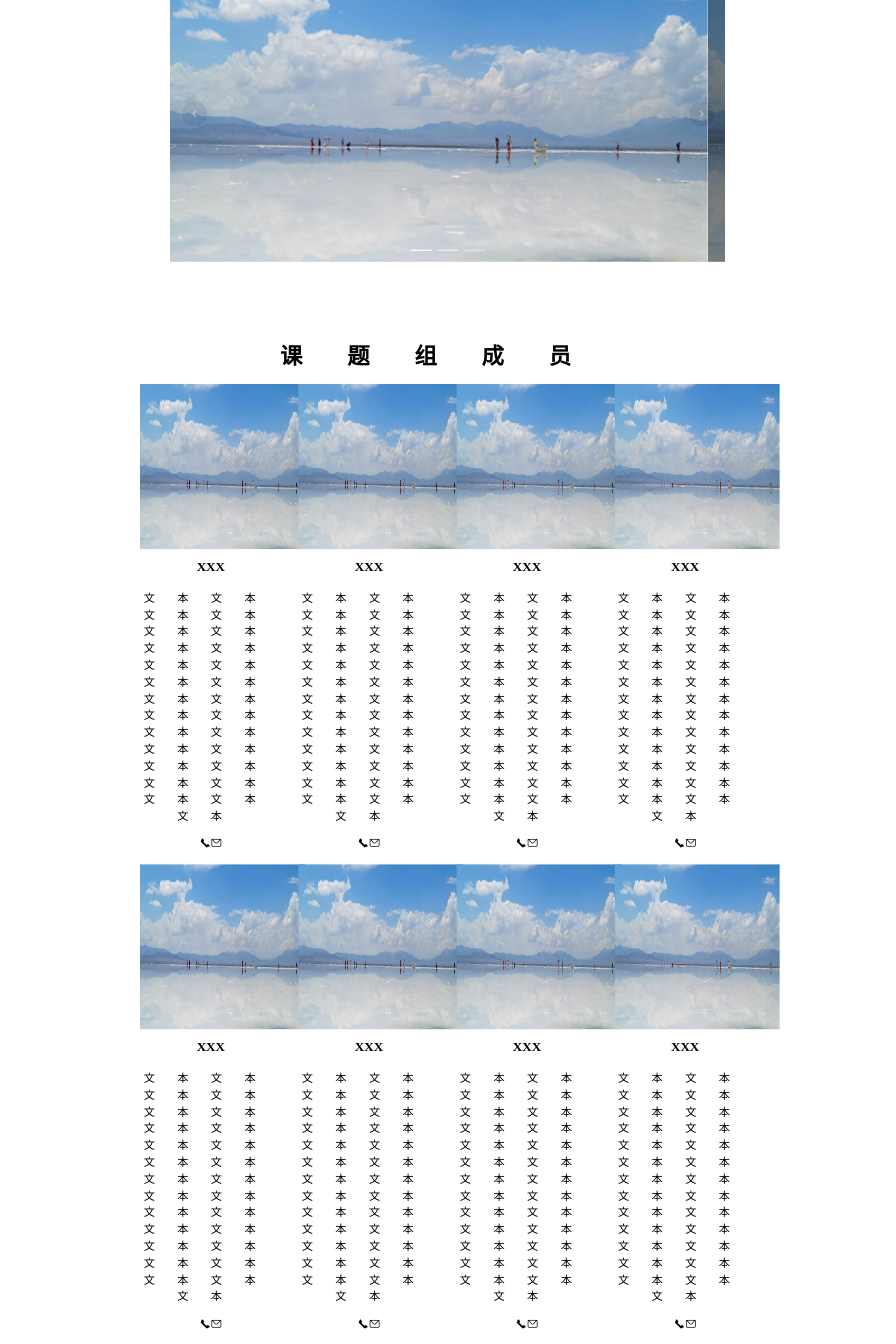
Repository: BLSY/xzust
Page: /
An editor plug-in stored every save of this project. The page is shown before and after the next save, followed by the edit.
The browser window is 1280 px wide. The pictures show the part of the page from y = 1432 to 3352 px (the page is 3352 px tall before and 3016 px after), at 70% of full size.
The project was rebuilt for these pictures with package versions that can differ from the ones it lists, and the page was loaded fresh each time.

Above is the page before, as saved 2022-11-27 11:56:04.

After the next save:
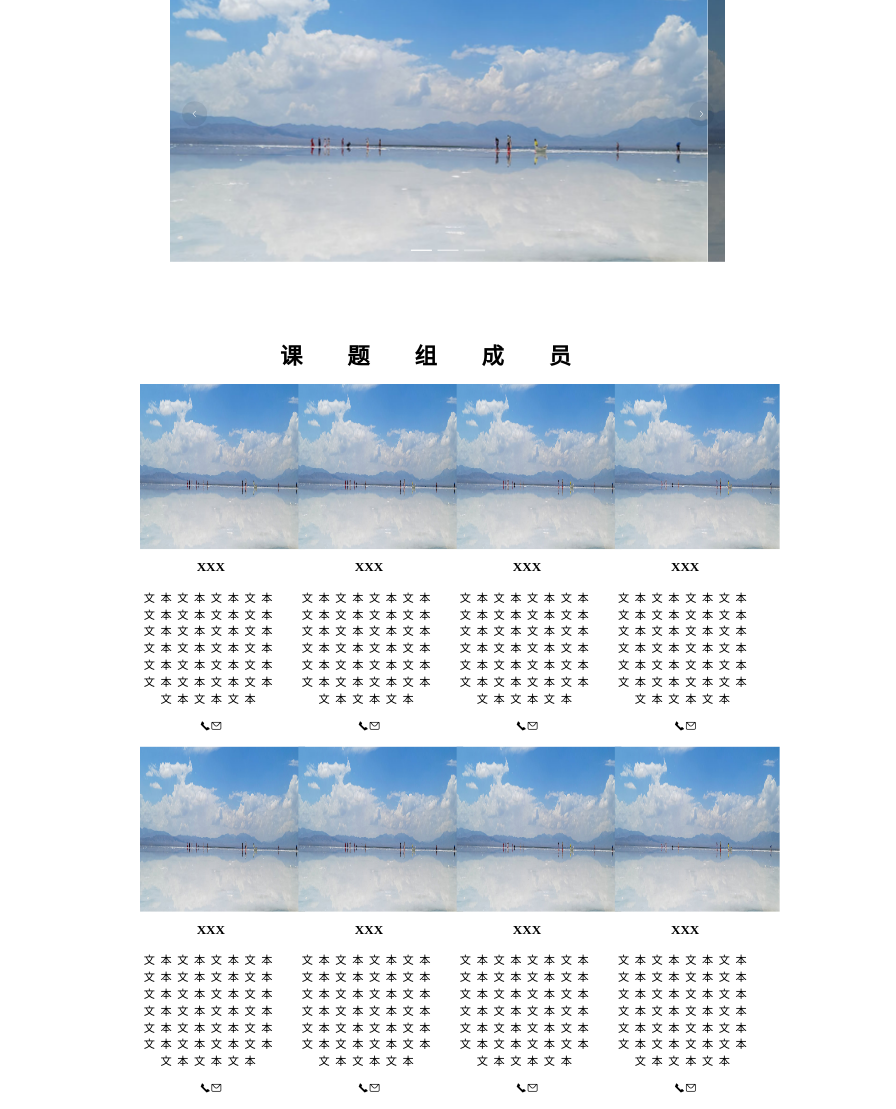
Saved 8 s later.
--- a/src/components/HelloWorld.vue
+++ b/src/components/HelloWorld.vue
@@ -379,7 +379,7 @@ html{
   }
   .show-detile{
     font-size: 1em;
-    letter-spacing:2em;
+    letter-spacing:0.5em;
     margin: 20px 0;
   }
   .show-icon{
